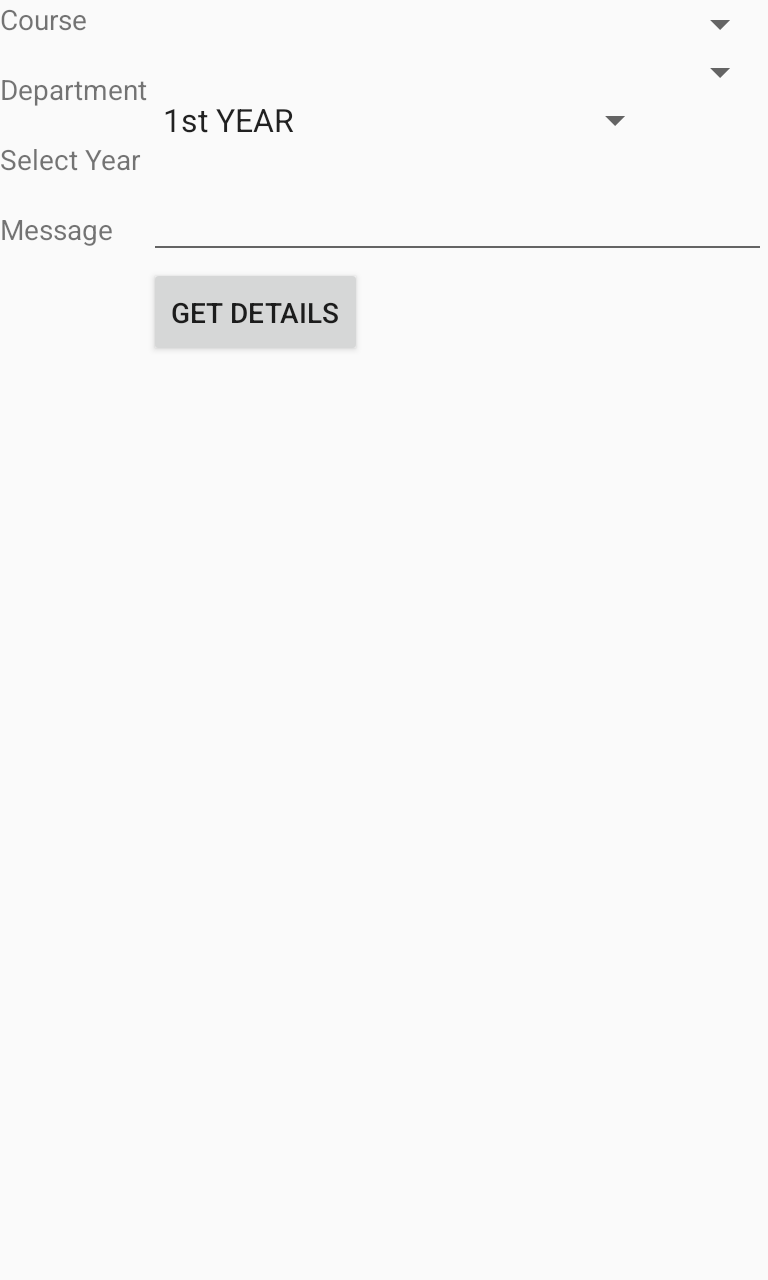
Repository: Prasannakumarb/CollegeMate
Layout: CollegeMate/CollegeMate/res/layout/activity_notification_home_screen.xml
An editor plug-in stored every save of this project. The layout is shown before and after the next save, followed by the edit.
It is drawn on a 768 x 1280 px phone screen (xhdpi) without system bars, with theme AppTheme; the app's code is not run.

Above is the layout before, as saved 2014-06-28 21:31:04.

### CollegeMate/CollegeMate/res/layout/activity_notification_home_screen.xml
<FrameLayout xmlns:android="http://schemas.android.com/apk/res/android"
    xmlns:tools="http://schemas.android.com/tools"
    android:id="@+id/container"
    android:layout_width="match_parent"
    android:layout_height="match_parent"
    tools:context="com.fyshadows.collegemate.RegistrationAdmin"
    tools:ignore="MergeRootFrame" >

    <LinearLayout
        android:layout_width="match_parent"
        android:layout_height="match_parent" >

        <LinearLayout
            android:layout_width="wrap_content"
            android:layout_height="match_parent"
            android:orientation="vertical" >

            <TextView
                android:id="@+id/email"
                android:layout_width="wrap_content"
                android:layout_height="35dp"
                android:text="@string/course" />

            <TextView
                android:id="@+id/DOB"
                android:layout_width="wrap_content"
                android:layout_height="35dp"
                android:text="@string/dept" />

            <TextView
                android:id="@+id/DOB"
                android:layout_width="wrap_content"
                android:layout_height="35dp"
                android:text="@string/year" />

            <TextView
                android:id="@+id/sex"
                android:layout_width="wrap_content"
                android:layout_height="35dp"
                android:text="@string/notificationmsg" />
        </LinearLayout>

        <LinearLayout

            android:layout_height="match_parent"
            android:layout_weight="0.46"
            android:orientation="vertical" >

            <Spinner
                android:id="@+id/spincourse"
                android:layout_width="fill_parent"
                android:layout_height="wrap_content" />

            <Spinner
                android:id="@+id/spindepart"
                android:layout_width="fill_parent"
                android:layout_height="wrap_content" />


            <Spinner
                android:id="@+id/spinyear"
                android:layout_width="258dp"
                android:layout_height="wrap_content"
                android:entries="@array/year"
                android:prompt="@string/year"
                android:ems="10"
                />

            <EditText
                android:id="@+id/editText_doj"
                android:layout_width="match_parent"
                android:layout_height="60dp"
                android:inputType="text" >
            </EditText>

            <Button
                android:id="@+id/Registeradmin"
                android:layout_width="wrap_content"
                android:layout_height="wrap_content"
                android:onClick="Getdetails"
                android:text="Get Details" />
        </LinearLayout>
    </LinearLayout>

</FrameLayout>

### CollegeMate/CollegeMate/res/values/strings.xml
<?xml version="1.0" encoding="utf-8"?>
<resources>

    <!-- App settings -->
    <string name="app_name">CollegeMate</string>
    <string name="action_settings">Settings</string>
    <string name="not_name">CollegeMate</string>

    <!-- Identification Screen -->
    <string name="Identify">Tell us your Role!</string>
    <string name="admin">ADMIN</string>
    <string name="student">STUDENT</string>

    <!-- Title -->
    <string name="Homescreen">Home</string>
    <string name="Friendlist">My Friends</string>

    <!-- Registration Screen -->
    <string name="title_activity_registration_admin">RegistrationAdmin</string>
    <string name="name">NAME</string>
    <string name="email">EMAIL</string>
    <string name="sex">SEX</string>
    <string name="dob">DOB</string>
    <string name="phone">Phone Number</string>
    <string name="Registeradmin">Continue to college details</string>
    <string name="selectPic">Select Picture</string>
    <string name="Browse">Browse</string>
    <string name="male">Male</string>
    <string name="female">Female</string>
    <string name="cityin">City In</string>

    <color name="BG">#F0EEEA</color>
    <color name="darkgrey">#C0C0C0</color>
    <color name="TopStrip">#9a4e20</color>
    <color name="acBarColor">#c1beb9</color>
    <color name="TopStripTextColor">#FFFFFF</color>
    <color name="TopStripborder">#4d4747</color>
    <color name="defaultTextColor">#302e2c</color>
    <color name="defaultButtonColor">#dddbd7</color>
    <color name="likeTextColor">#00CCFF</color>
    <color name="nonlikeTextColor">#908484</color>

    <!-- college Registration -->
    <string name="title_activity_admin_collegeregistraton">AdminCollegeregistraton</string>
    <string name="collname">College Name</string>
    <string name="collcity">College City</string>
    <string name="collegephonenumber">College Phone number</string>
    <string name="collegeemailid">College Email ID</string>
    <string name="collegewebsite">College Website</string>
    <string name="selectLogo">Select Logo</string>
    <string name="Registercollege">Register college</string>
    <string name="title_activity_admin_home">Admin Home</string>
    <string name="imagedesc">Profile Pic</string>
    <string name="drawer_open">Open</string>
    <string name="drawer_close">Close</string>
    <string name="title_activity_admin_home_screen">Admin_home_screen</string>
    <string name="hello_world">Hello world!</string>

    <!-- GCM -->

    <string name="menu_settings">Settings</string>
    <string name="title_activity_main">Push Notifications</string>
    <string name="error_config">Please set the %1$s constant and recompile the app.</string>
    <string name="already_registered">Device is already registered on server.</string>
    <string name="gcm_registered">From GCM: device successfully registered!</string>
    <string name="gcm_unregistered">From GCM: device successfully unregistered!</string>
    <string name="gcm_message">From GCM: you got message!</string>
    <string name="gcm_error">From GCM: error (%1$s).</string>
    <string name="gcm_recoverable_error">From GCM: recoverable error (%1$s).</string>
    <string name="gcm_deleted">From GCM: server deleted %1$d pending messages!</string>
    <string name="server_registering">Trying (attempt %1$d/%2$d) to register device on Demo Server.</string>
    <string name="server_registered">From Demo Server: successfully added device!</string>
    <string name="server_unregistered">From Demo Server: successfully removed device!</string>
    <string name="server_register_error">Could not register device on Demo Server after %1$d attempts.</string>
    <string name="server_unregister_error">Could not unregister device on Demo Server (%1$s).</string>
    <string name="options_register">Register</string>
    <string name="options_unregister">Unregister</string>
    <string name="options_clear">Clear</string>
    <string name="options_exit">Exit</string>
    <string name="title_activity_chat">ChatActivity</string>

    <!-- Chat activity -->
    <string name="main_empty_list">There is no recent conversation, write new message to start one.</string>

    <color name="Mytextcolor">#FFD700</color>
    <color name="Histextcolor">#7CFC00</color>
    <color name="textcolor">#000000</color>
    <color name="textFieldColor">#000</color>
    <color name="textShadow">#FFF</color>
    <color name="listViewBg">#DADFEE</color>
    <color name="sendLightColor">#8897BF</color>
    <color name="sendMeduimColor">#5D6CA5</color>
    <color name="sendDarkColor">#515F9F</color>
    <color name="barDarkColor">#CECECE</color>
    <color name="barMeduimColor">#DFDEE0</color>
    <color name="barLightColor">#F2F2F2</color>

    <string name="title_activity_message">MessageActivity</string>
    <string name="title_activity_friend_list">FriendList</string>
    <string name="title_activity_basic_home_screen">BasicHomeScreen</string>
    <string name="Welcomemsg">Welcome to CollegeMate. </string>
    <string name="quote"> We Connect people to Built FUTURE :).</string>
    <string name="Chattext"> CHAT</string>
    <string name="title_activity_friend_listview">FriendListview</string>
    <string name="title_section1">Section 1</string>
    <string name="title_section2">Section 2</string>
    <string name="title_section3">Section 3</string>
    <string name="SearchFriend">Search Friends</string>
    <string name="title_activity_registration_student">RegistrationStudent</string>
    <string name="title_activity_student_collegeregistration">StudentCollegeregistration</string>

    <!-- Chat activity -->
    <string name="college">College</string>
    <string name="course">Course</string>
    <string name="dept">Department</string>
    <string name="yoj">Date Of Joining</string>

    <!-- Discussion forum strings -->

    <string name="disc_forum">Discussion forum</string>
    <string name="disc_forum_create">Create a new discussion</string>
    <string name="disc_forum_category">Category</string>
    <string name="disc_forum_title">Title</string>
    <string name="disc_forum_description">Description</string>
    <string name="disc_forum_post">Create</string>
    <string name="disc_forum_view">View Discussions</string>
    <string name="title_activity_discussion_forum_home">DiscussionForumHome</string>
    <string name="title_activity_list_forum_topics">ListForumTopics</string>
    <string name="title_activity_forum_full_view">ForumFullView</string>
    <string name="title_activity_swipe_screen">SwipeScreen</string>
    <string name="title_activity_forum_comments_view">ForumCommentsView</string>
    <string name="swipe_for_comments">&lt;&lt; Swipe left to view comments &gt;&gt;</string>
    <string name="title_activity_notification_home_screen">NotificationHomeScreen</string>



    <!-- Notification -->
    <string name="notificationmsg">Message</string>
    <string name="year">Select Year</string>

    <string-array name="year">
        <item>1st YEAR</item>

    </string-array>


</resources>

Loaded but not shown: CollegeMate/CollegeMate/res/values/styles.xml (common file); CollegeMate/CollegeMate/res/values-v11/styles.xml (common file); CollegeMate/CollegeMate/res/values-v14/styles.xml (common file)

After the next save:
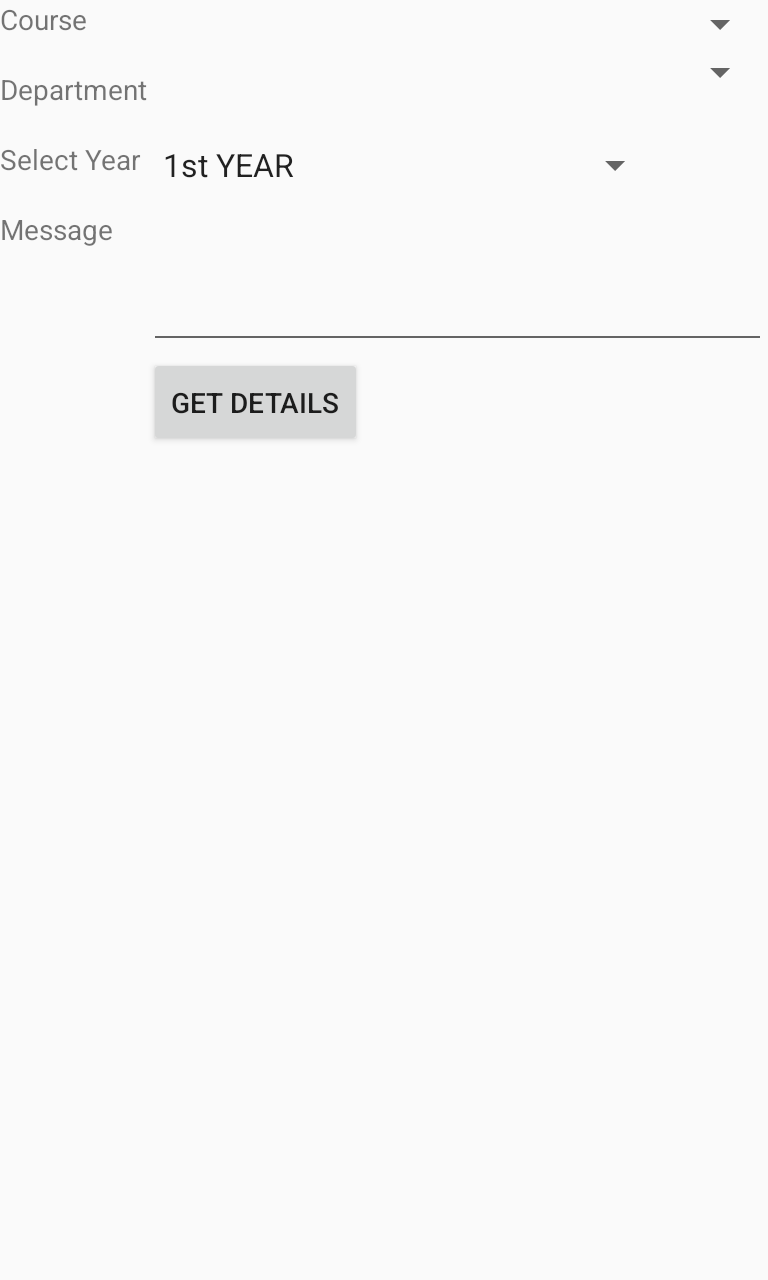
Saved 24 s later.
--- a/CollegeMate/CollegeMate/res/layout/activity_notification_home_screen.xml
+++ b/CollegeMate/CollegeMate/res/layout/activity_notification_home_screen.xml
@@ -60,7 +60,7 @@
             <Spinner
                 android:id="@+id/spinyear"
                 android:layout_width="258dp"
-                android:layout_height="wrap_content"
+                android:layout_height="69dp"
                 android:entries="@array/year"
                 android:prompt="@string/year"
                 android:ems="10"

After the 2 saves that followed:
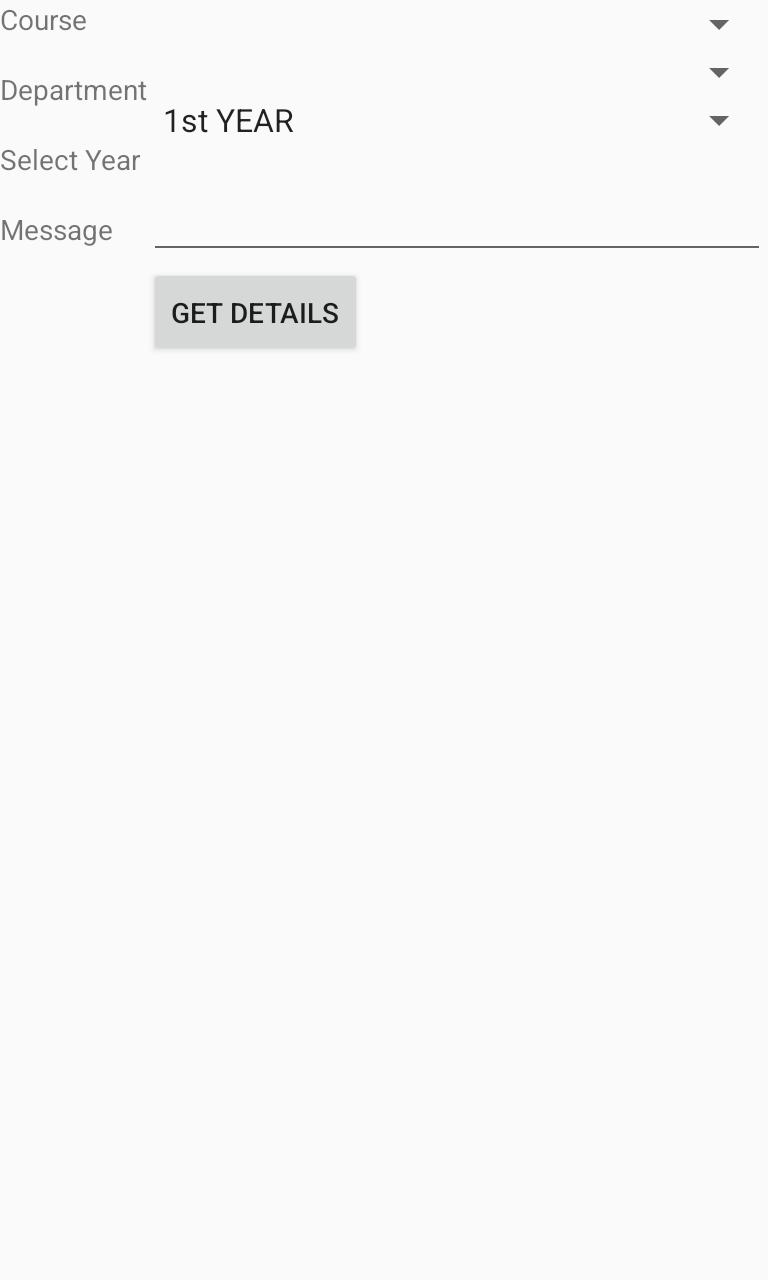
The 2 saves are shown as one change because 1 left the picture as it was.
The last was saved 4 min 14 s later.
--- a/CollegeMate/CollegeMate/res/layout/activity_notification_home_screen.xml
+++ b/CollegeMate/CollegeMate/res/layout/activity_notification_home_screen.xml
@@ -41,7 +41,7 @@
         </LinearLayout>
 
         <LinearLayout
-
+           android:layout_width="wrap_content"
             android:layout_height="match_parent"
             android:layout_weight="0.46"
             android:orientation="vertical" >
@@ -59,8 +59,8 @@
 
             <Spinner
                 android:id="@+id/spinyear"
-                android:layout_width="258dp"
-                android:layout_height="69dp"
+                android:layout_width="fill_parent"
+                android:layout_height="wrap_content"
                 android:entries="@array/year"
                 android:prompt="@string/year"
                 android:ems="10"
